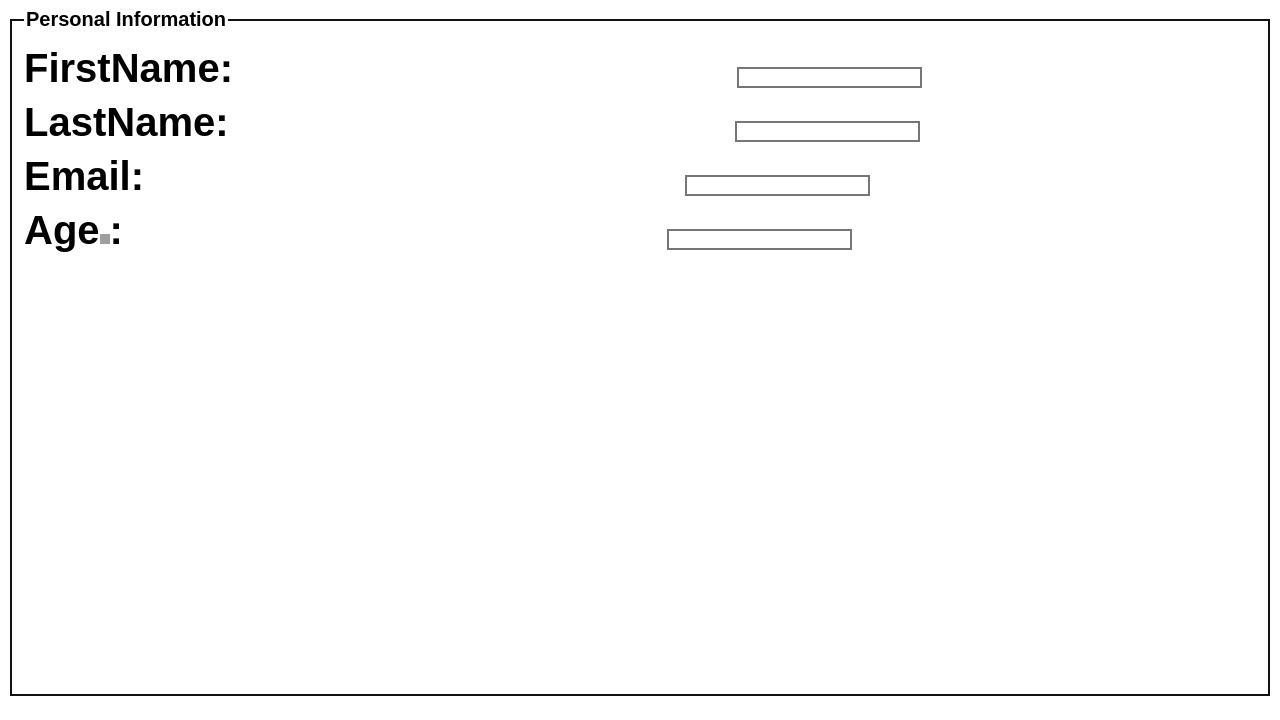
Repository: Femi007-gh/Legend
Page: index.html
These files come from the project's save history. The page is drawn as it stood at one moment and after the next save; the edit follows.
The browser window is 1280 px wide. The pictures show the whole page.
Pictures or frames that could not be fetched are drawn as grey boxes.

Above is the page before, as saved 2025-04-04 11:01:12.

After the next save:
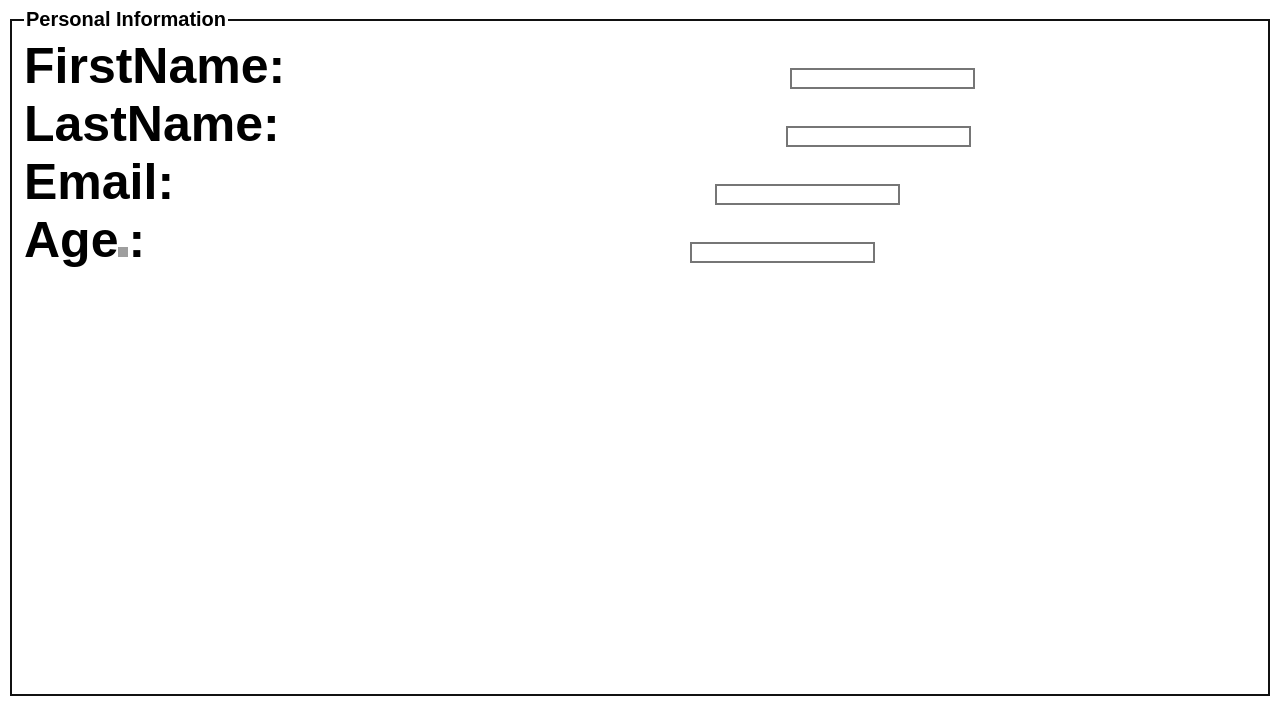
Saved 16 s later.
--- a/style.css
+++ b/style.css
@@ -42,6 +42,6 @@ body {
 }
 
 .first, .last, .mail, .yourage {
-  font-size: 40px;
+  font-size: 50px;
 
 }
